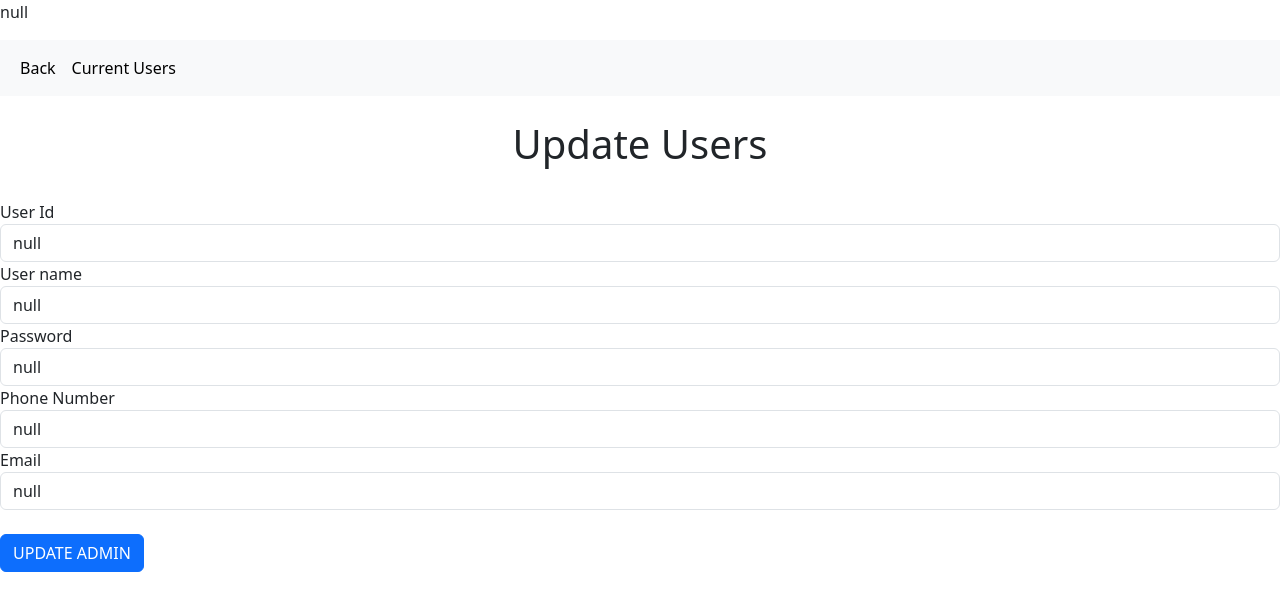
Repository: SachinUthpala/Railway-Reservation
Page: http://localhost/Railway/Admin/UpdateUsers/Update_users.jsp
These files come from the project's save history. The page is drawn as it stood at one moment and after the next save; the edit follows.
The browser window is 1280 px wide. The pictures show the whole page.
The page is served by Tomcat 9. Other server files are loaded and not shown.

Above is the page before, as saved 2023-05-21 12:48:42.

### Railway/src/main/webapp/Admin/UpdateUsers/Update_users.jsp
<%@ page language="java" contentType="text/html; charset=UTF-8"
    pageEncoding="UTF-8"%>

     <%

    	String userId = request.getParameter("id");
    	String uname = request.getParameter("name");
    	String password = request.getParameter("password");
    	String email = request.getParameter("email");
    	String phone = request.getParameter("phone");



    %>
<!DOCTYPE html>
<html>
<head>
<meta charset="UTF-8">
<title>Update Users</title>
   <link href="https://cdn.jsdelivr.net/npm/bootstrap@5.3.0-alpha3/dist/css/bootstrap.min.css" rel="stylesheet" integrity="sha384-KK94CHFLLe+nY2dmCWGMq91rCGa5gtU4mk92HdvYe+M/SXH301p5ILy+dN9+nJOZ" crossorigin="anonymous">

</head>
<body>

	<p><%=userId %></p>

	<nav class="navbar navbar-expand-lg bg-body-tertiary">
			  <div class="container-fluid">
			    <div class="collapse navbar-collapse" id="navbarSupportedContent">
			      <ul class="navbar-nav me-auto mb-2 mb-lg-0">
			        <li class="nav-item">
			          <a class="nav-link active" aria-current="page" href="updateTrains.jsp">Back</a>
			        </li>

			        <li class="nav-item">
			          <a class="nav-link active" aria-current="page" href="../../Cur_train_sev">Current Users</a>
			        </li>
			      </ul>
			    </div>
			  </div>
			</nav>
			<br>

    <h1><center>Update Users</center></h1>
    <br>
    <form method="post" action="">

    	<div >
          <label for="exampleInputEmail1">User Id</label>
          <input type="text" class="form-control"   value="<%=userId %>" >
        </div>
        <div >
          <label for="exampleInputEmail1">User name</label>
          <input type="text" class="form-control"   value="<%=uname %>">
        </div>
        <div class="form-group">
          <label >Password</label>
          <input type="text" class="form-control" value="<%=password %>">
        </div>
        <div class="form-group">
          <label >Phone Number</label>
          <input type="text" class="form-control" value="<%=phone %>">
        </div>
        <div class="form-group">
          <label >Email</label>
          <input type="text" class="form-control"  value="<%=email %>">
        </div>
          <br>
        <button type="submit" class="btn btn-primary">UPDATE ADMIN</button>
      </form>
      <br><br>



</body>
</html>

After the next save:
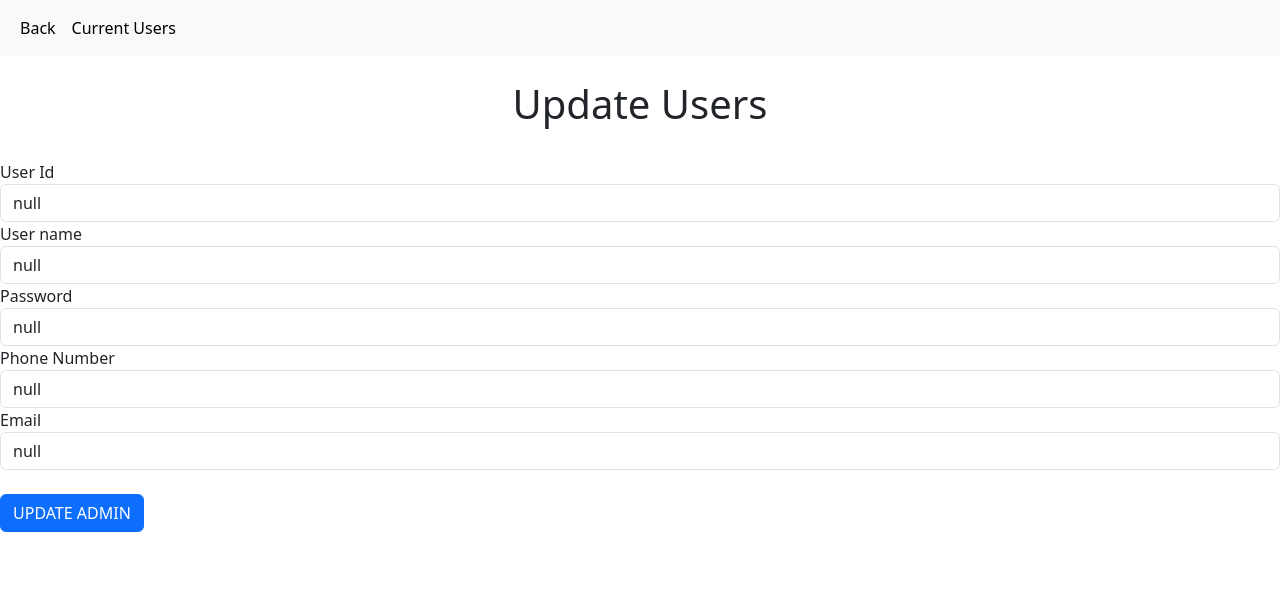
Saved 64 s later.
--- a/Railway/src/main/webapp/Admin/UpdateUsers/Update_users.jsp
+++ b/Railway/src/main/webapp/Admin/UpdateUsers/Update_users.jsp
@@ -22,7 +22,6 @@
 </head>
 <body>
 
-	<p><%=userId %></p>
 
 	<nav class="navbar navbar-expand-lg bg-body-tertiary">
 			  <div class="container-fluid">
@@ -47,7 +46,7 @@
 
     	<div >
           <label for="exampleInputEmail1">User Id</label>
-          <input type="text" class="form-control"   value="<%=userId %>" >
+          <input type="text" class="form-control"   value="<%=request.getParameter("id") %>" >
         </div>
         <div >
           <label for="exampleInputEmail1">User name</label>
